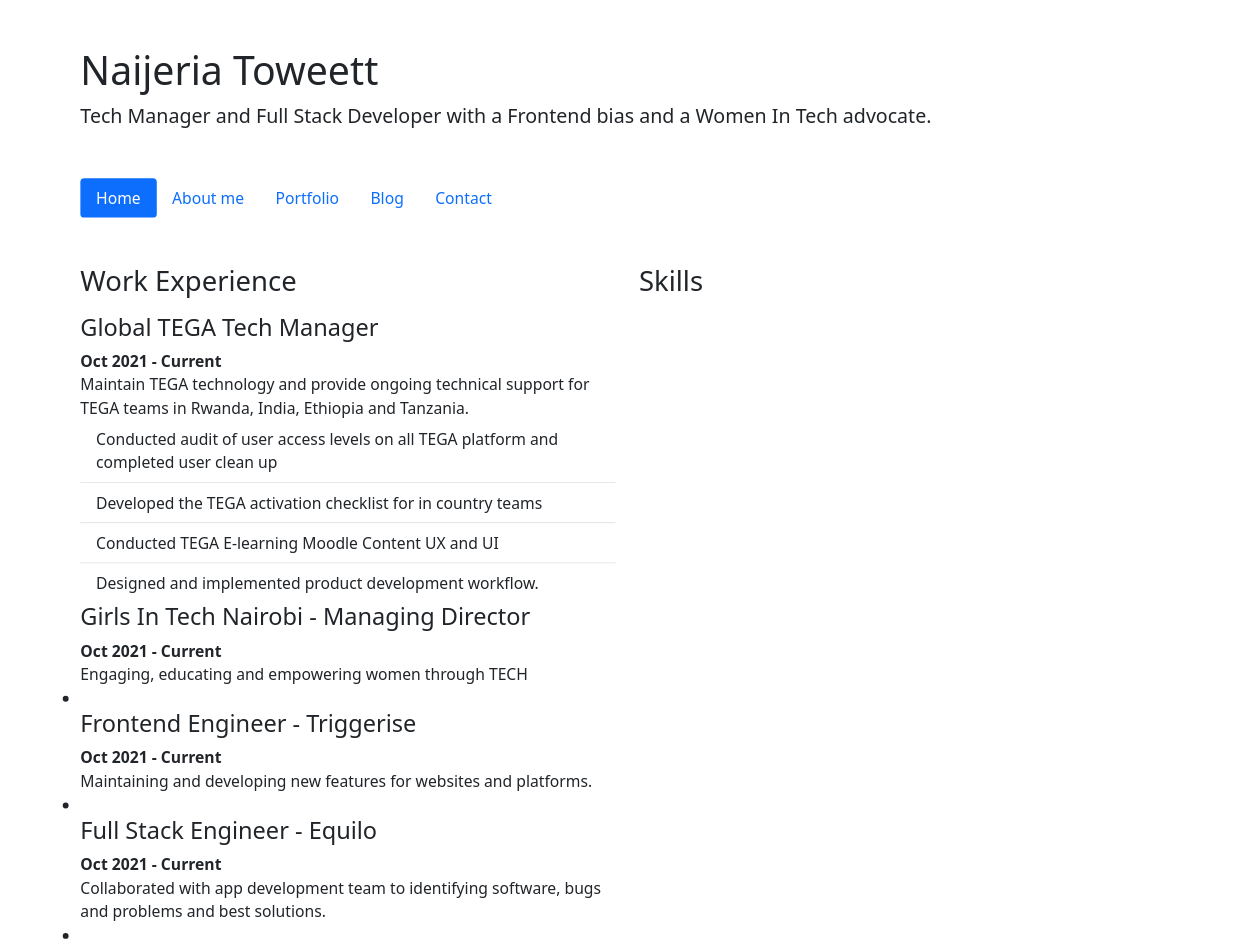
Repository: mamatechafrica/portfolio
Page: index.html
An editor plug-in stored every save of this project. The page is shown before and after a run of saves, followed by the edit.
The browser window is 1280 px wide. The pictures show the whole page, at 98% of full size.

Above is the page before, as saved 2022-01-04 15:58:07.

After the next 2 saves:
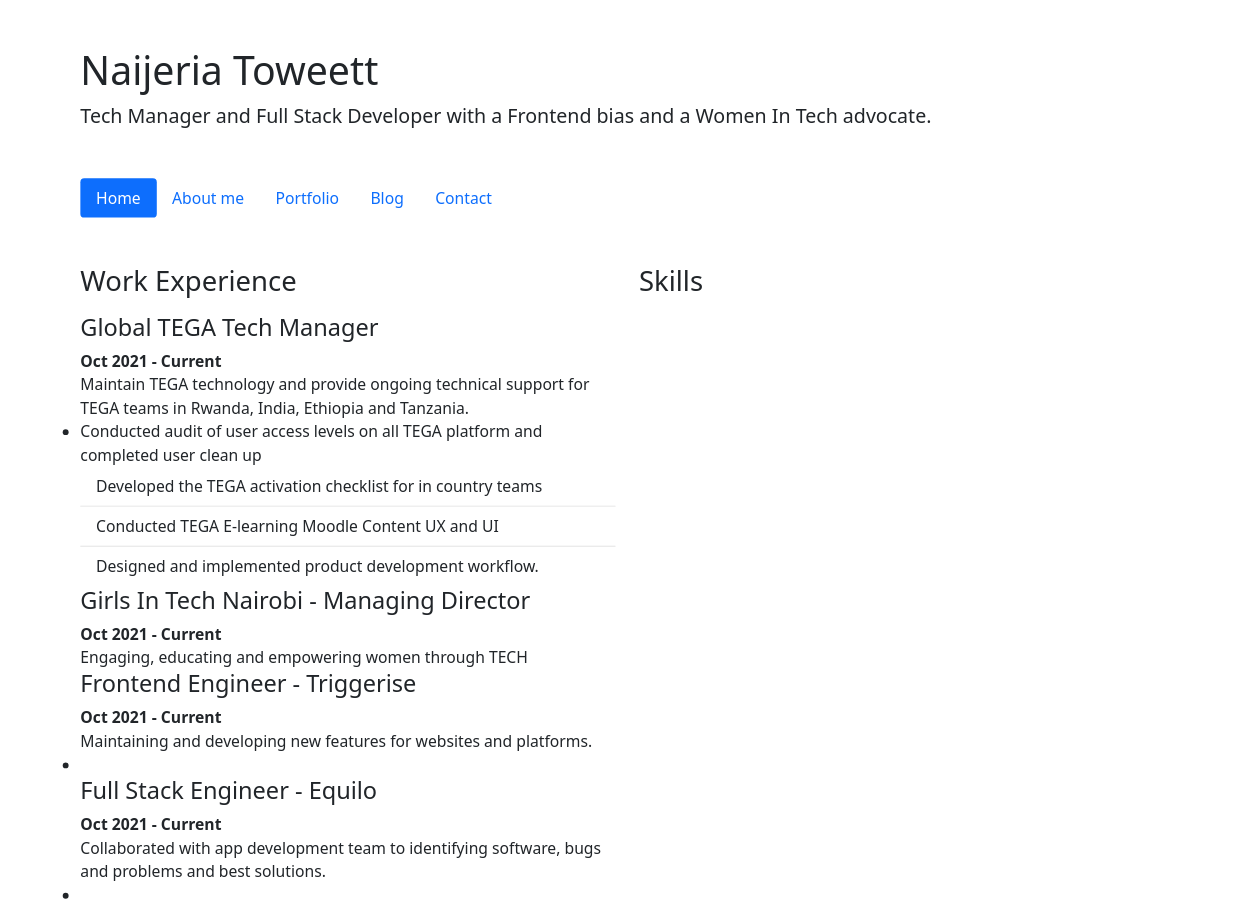
The 2 saves are shown as one change because they came seconds apart.
The last was saved 17 s later.
--- a/index.html
+++ b/index.html
@@ -52,7 +52,7 @@
                         Maintain TEGA technology and provide ongoing technical support for
                         TEGA teams in Rwanda, India, Ethiopia and Tanzania.
                     <ul class="list-group list-group-flush">
-                        <li class="list-group-item">Conducted audit of user access levels on all TEGA platform and completed user clean up</li>
+                        <li c>Conducted audit of user access levels on all TEGA platform and completed user clean up</li>
                         <li class="list-group-item">Developed the TEGA activation checklist for in country teams</li>
                         <li class="list-group-item">Conducted TEGA E-learning Moodle Content UX and UI</li>
                         <li class="list-group-item">Designed and implemented product development workflow.</li>
@@ -63,7 +63,7 @@
                     </div>
                         Engaging, educating and empowering women through TECH
                     <ul class="list-group list-group-flush">
-                        <li></li>
+                        <li class="list-group list-group-flush"></li>
                     </ul>
                     <h4>Frontend Engineer - Triggerise</h4>
                     <div>
